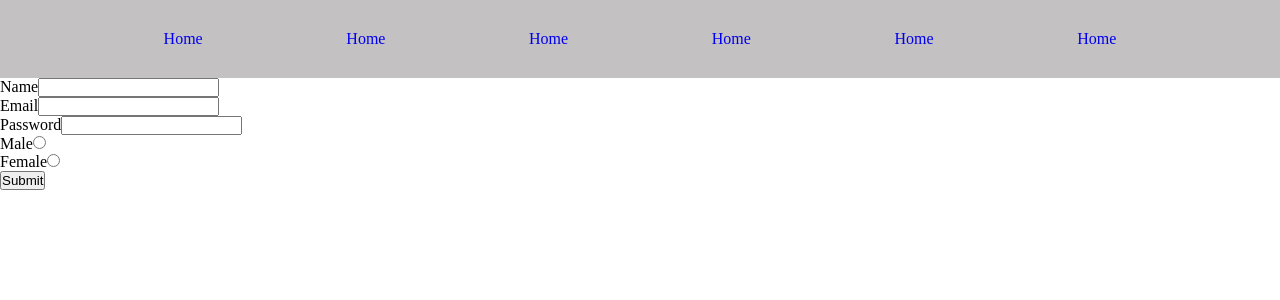
Repository: Naynsh2904/Advance_Java
Page: http://localhost/createForm/NewFile.jsp
These files come from the project's save history. The page is drawn as it stood at one moment and after the next save; the edit follows.
The browser window is 1280 px wide. The pictures show the whole page.
The page is served by Tomcat 9.

Above is the page before, as saved 2025-01-31 09:53:16.

After the next save:
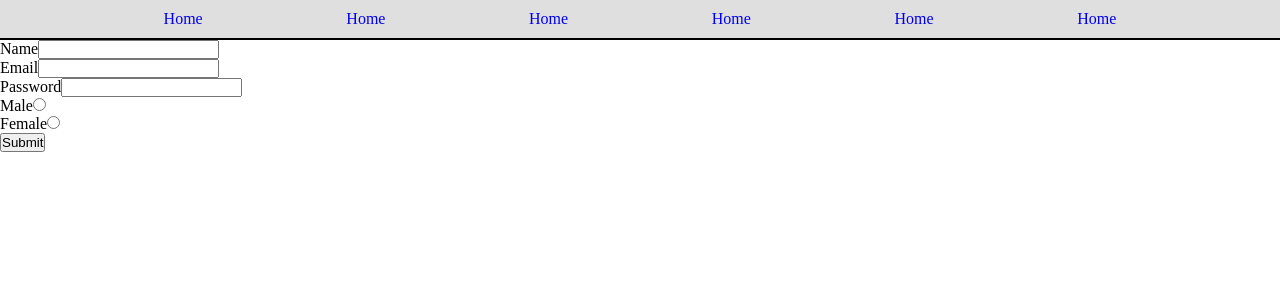
Saved 55 s later.
--- a/createForm/src/main/webapp/NewFile.jsp
+++ b/createForm/src/main/webapp/NewFile.jsp
@@ -15,13 +15,15 @@
     }
     li {
       list-style: none;
+      color: black;
     }
 
     ul {
-      padding: 30px 20px;
-      background-color: #c3c1c1;
+      padding: 10px 20px;
+      background-color: #c3c1c183;
       display: flex;
       justify-content: space-evenly;
+      border-bottom: 2px solid black;
     }
   </style>
 </head>
